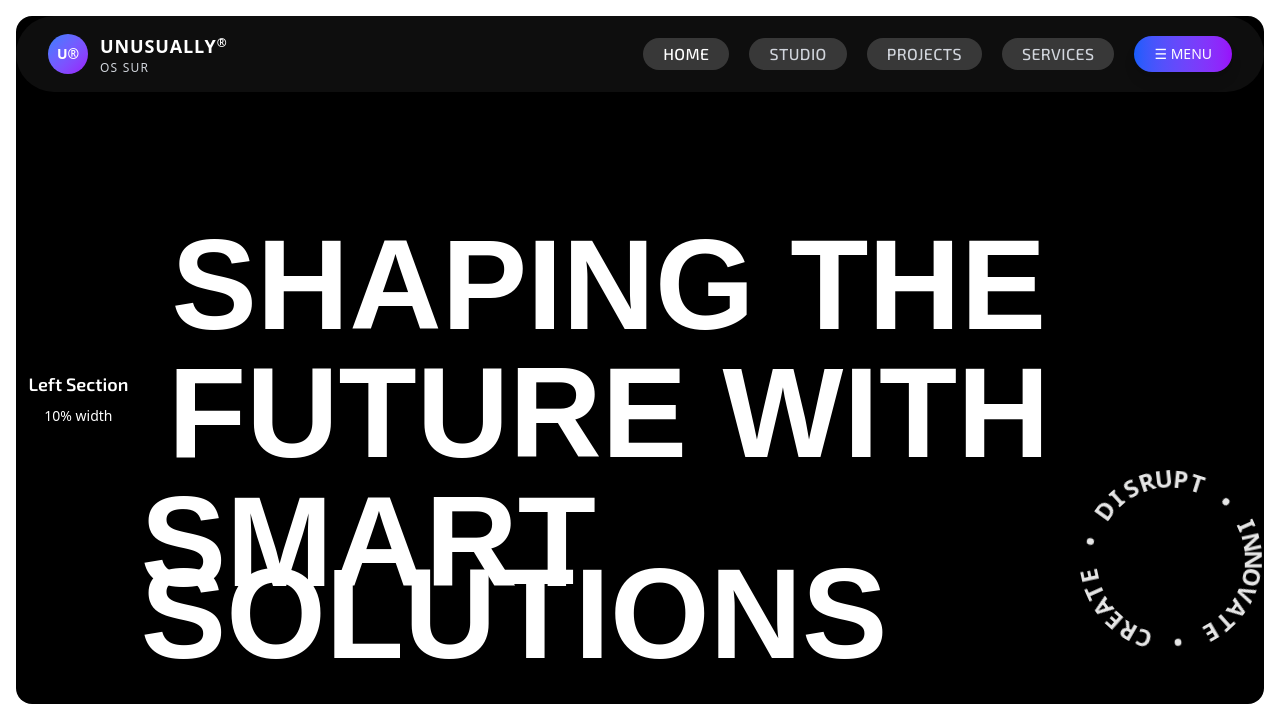
Repository: A-y-u-s-h-29/Digital-Express-India-With-Carrer-Page-And-RazorPay
Page: / (app in op/)
The author's editor kept a copy of each file at every save. The page is drawn from the files as they stood at one save, then again after the next save.
The browser window is 1280 px wide. The pictures show the whole page.
Some web fonts or font styles are not loaded; a fallback is used. The project was rebuilt for these pictures with package versions that can differ from the ones it lists, and the page was loaded fresh each time. Also part of the build but not shown: op/vite.config.js.

Above is the page before, as saved 2025-12-04 15:18:36.

### op/index.html
<!doctype html>
<html lang="en">
  <head>
    <meta charset="UTF-8" />
    <link rel="icon" type="image/svg+xml" href="/vite.svg" />
    <meta name="viewport" content="width=device-width, initial-scale=1.0" />
    <link rel="preconnect" href="https://fonts.googleapis.com">
<link rel="preconnect" href="https://fonts.gstatic.com" crossorigin>
<link href="https://fonts.googleapis.com/css2?family=Alan+Sans:wght@300..900&family=Big+Shoulders:opsz,wght@10..72,100..900&family=Exo+2:ital,wght@0,100..900;1,100..900&family=Montserrat:ital,wght@0,100..900;1,100..900&family=Orbitron:wght@400..900&family=Poppins:ital,wght@0,100;0,200;0,300;0,400;0,500;0,600;0,700;0,800;0,900;1,100;1,200;1,300;1,400;1,500;1,600;1,700;1,800;1,900&family=Rajdhani:wght@300;400;500;600;700&display=swap" rel="stylesheet">
<link rel="preconnect" href="https://fonts.googleapis.com">
<link rel="preconnect" href="https://fonts.gstatic.com" crossorigin>
<link href="https://fonts.googleapis.com/css2?family=Alan+Sans:wght@300..900&family=Big+Shoulders:opsz,wght@10..72,100..900&family=Exo+2:ital,wght@0,100..900;1,100..900&family=Montserrat:ital,wght@0,100..900;1,100..900&family=Orbitron:wght@400..900&family=Poppins:ital,wght@0,100;0,200;0,300;0,400;0,500;0,600;0,700;0,800;0,900;1,100;1,200;1,300;1,400;1,500;1,600;1,700;1,800;1,900&family=Rajdhani:wght@300;400;500;600;700&display=swap" rel="stylesheet">
    <title>op</title>
  </head>
  <body>
    <div id="root"></div>
    <script type="module" src="/src/main.jsx"></script>
  </body>
</html>

### op/src/index.css
@import "tailwindcss";
*{
  box-sizing: border-box;
}
.big {
  font-family: "Big Shoulders", sans-serif;

  font-style: normal;
}
.exo {
  font-family: "Exo 2", sans-serif;

  font-style: normal;
}

### op/src/App.jsx
import React from 'react'
import Home from './components/Home'

function App() {
  return (
   <>
   <Home/>


   </>
  )
}

export default App

### op/src/components/Home.jsx
import React from "react";
import Navbar from "./Navbar";
import CircularText from "./CircularText";


function Home() {
  return (
    <div className="w-full max-h-screen lg:h-[120vh] lg:py-4 lg:px-4">
      <div className="rounded-b-4xl lg:rounded-2xl w-full h-full flex flex-col relative overflow-hidden bg-black">
        {/* Transparent Navbar */}
        <div className="relative z-20">
          <Navbar />
        </div>

        {/* Three Column Layout */}
        <div className="flex flex-1 relative z-10 text-white">
          {/* Left Column - 10% width */}
          <div className="w-[10%] flex items-center justify-center">
            <div className="text-white text-center">
              <p className="exo font-semibold text-lg">Left Section</p>
              <p className="text-sm mt-2">10% width</p>
            </div>
          </div>

          {/* Middle Column - 75% width */}
          <div className="w-[75%] flex flex-col justify-center items-center big">
            <div className="w-full h-full flex flex-col">
              {/* Top Row - 40% height */}
              <div className="h-[40%] flex items-end justify-center pb-4">
                <h1 className="text-5xl md:text-9xl leading-tight md:leading-[4.5rem] font-bold text-white drop-shadow-2xl">
                  SHAPING THE
                </h1>
              </div>

              {/* Middle Row - 30% height */}
              <div className="h-[25%] flex items-center justify-center">
                <h1 className="text-5xl md:text-9xl leading-tight lg:leading-[4.5rem] font-bold text-white drop-shadow-2xl">
                  FUTURE WITH
                </h1>
              </div>

              {/* Bottom Row - 30% height */}
              <div className="h-[35%] flex items-start justify-center pt-4">
                <h1 className="text-5xl md:text-9xl leading-tight lg:leading-[4.5rem] font-bold text-white drop-shadow-2xl">
                  SMART SOLUTIONS
                </h1>
              </div>
            </div>
          </div>

          {/* Right Column - 15% width */}
          <div className="w-[15%] flex flex-col items-center justify-center py-1 ">
            {/* Vertical Circular Text */}
            <div className="relative h-full flex items-end ">
              <CircularText
                text="INNOVATE • CREATE • DISRUPT • "
                spinDuration={30}
                onHover="speedUp"
                className="text-white/90 text-sm mt-30"
              />



              {/* Scroll indicator */}

            </div>


          </div>
        </div>
      </div>
    </div>
  );
}

export default Home;

### op/src/components/Navbar.jsx
import React, { useState, useRef, useEffect } from 'react';
import { gsap } from 'gsap';

function Navbar({ isHomePage = false }) {
  const [isMenuOpen, setIsMenuOpen] = useState(false);
  const menuOverlayRef = useRef(null);
  const mobileMenuRef = useRef(null);

  // Menu items data for the menu overlay
  const menuOverlayItems = [
    { title: 'HOME', number: '01' },
    { title: 'ABOUT', number: '02' },
    { title: 'PROJECTS', number: '03' },
    { title: 'SERVICES', number: '04' },

  ];

  // Menu items for navbar links
  const navMenuItems = [
    { title: 'HOME', color: 'from-blue-500 to-cyan-400' },
    { title: 'STUDIO', color: 'from-purple-500 to-pink-500' },
    { title: 'PROJECTS', color: 'from-green-500 to-emerald-400' },
    { title: 'SERVICES', color: 'from-yellow-500 to-orange-500' },
    { title: 'ABOUT', color: 'from-red-500 to-rose-400' },
    { title: 'CONTACT', color: 'from-indigo-500 to-blue-400' },
  ];

  // Initialize menu as hidden
  useEffect(() => {
    if (menuOverlayRef.current) {
      menuOverlayRef.current.style.display = 'none';
    }
  }, []);

  const handleMenuClick = () => {
    const wasOpen = isMenuOpen;
    setIsMenuOpen(!wasOpen);

    if (!wasOpen) {
      // OPEN MENU ANIMATION - bottom-right से slide in
      if (menuOverlayRef.current) {
        menuOverlayRef.current.style.display = 'flex';

        // Get the menu container
        const menuContainer = menuOverlayRef.current.querySelector('.relative');

        if (menuContainer) {
          // Initial position - off screen bottom-right
          gsap.set(menuContainer, {
            x: '100%',
            y: '100%',
            opacity: 0,
            scale: 0.9,
            transformOrigin: 'bottom right'
          });

          // Animate to position
          gsap.to(menuContainer, {
            x: 0,
            y: 0,
            opacity: 1,
            scale: 1,
            duration: 0.8,
            ease: 'expo.out'
          });

          // Background fade in
          gsap.fromTo(menuOverlayRef.current,
            { opacity: 0 },
            { opacity: 1, duration: 0.4 }
          );

          // Menu items animation (from bottom)
          const menuItems = menuContainer.querySelectorAll('.menu-item');
          gsap.fromTo(menuItems,
            {
              opacity: 0,
              y: 40
            },
            {
              opacity: 1,
              y: 0,
              duration: 0.6,
              stagger: 0.1,
              delay: 0.3,
              ease: 'power3.out'
            }
          );

          // Close button animation
          const closeBtn = menuContainer.querySelector('.close-btn');
          if (closeBtn) {
            gsap.fromTo(closeBtn,
              { opacity: 0, rotation: -45 },
              { opacity: 1, rotation: 0, duration: 0.5, delay: 0.8 }
            );
          }
        }
      }

      // Mobile menu animation
      if (mobileMenuRef.current) {
        gsap.fromTo(
          mobileMenuRef.current,
          { height: 0, opacity: 0 },
          { height: 'auto', opacity: 1, duration: 0.4 }
        );
      }
    } else {
      // CLOSE MENU ANIMATION - bottom-right को slide out
      if (menuOverlayRef.current) {
        const menuContainer = menuOverlayRef.current.querySelector('.relative');

        if (menuContainer) {
          // Menu items exit
          const menuItems = menuContainer.querySelectorAll('.menu-item');
          gsap.to(menuItems,
            {
              opacity: 0,
              y: 20,
              duration: 0.3,
              stagger: 0.05,
              ease: 'power2.in'
            }
          );

          // Close button exit
          const closeBtn = menuContainer.querySelector('.close-btn');
          if (closeBtn) {
            gsap.to(closeBtn, {
              opacity: 0,
              rotation: 45,
              duration: 0.3
            });
          }

          // Menu container slide out to bottom-right
          gsap.to(menuContainer, {
            x: '100%',
            y: '100%',
            opacity: 0,
            scale: 0.9,
            duration: 0.6,
            ease: 'expo.in',
            onComplete: () => {
              if (menuOverlayRef.current) {
                menuOverlayRef.current.style.display = 'none';
              }
            }
          });

          // Background fade out
          gsap.to(menuOverlayRef.current, {
            opacity: 0,
            duration: 0.4
          });
        }
      }

      // Mobile menu exit animation
      if (mobileMenuRef.current) {
        gsap.to(mobileMenuRef.current, {
          height: 0,
          opacity: 0,
          duration: 0.3
        });
      }
    }
  };

  return (
    <>
      {/* Main Navbar */}
      <nav
        className={`w-full px-6 py-4 lg:px-8 lg:py-4 ${isHomePage ? 'bg-transparent' : 'bg-[#0E0E0E]'} rounded-full relative z-50`}
      >
        <div className="flex items-center justify-between">
          {/* Logo/Brand Section */}
          <div className="flex items-center">
            <div className="w-10 h-10 rounded-full bg-gradient-to-br from-blue-500 to-purple-600 flex items-center justify-center mr-3">
              <span className="text-white font-bold text-sm">U®</span>
            </div>
            <div className="flex flex-col">
              <span className="text-white font-bold text-lg tracking-wider">UNUSUALLY<sup className="text-xs">®</sup></span>
              <span className="text-gray-300 text-xs tracking-widest">OS SUR</span>
            </div>
          </div>

          <div className='flex items-center gap-5'>
            {/* Desktop Navigation Links */}
            <div className="hidden md:flex items-center space-x-5 exo text-md">
              {navMenuItems.slice(0, 4).map((item, index) => (
                <a
                  key={index}
                  href="#"
                  className={`text-gray-300 font-medium tracking-wide hover:text-white transition-colors duration-300 bg-[#383838] px-5 py-1 rounded-full ${item.title === 'HOME' ? 'text-white' : ''}`}
                >
                  {item.title}
                </a>
              ))}
            </div>

            {/* Menu Button */}
            <button
              onClick={handleMenuClick}
              className="px-5 py-2 bg-gradient-to-r from-blue-600 to-purple-600 text-white text-sm font-medium rounded-full hover:from-blue-700 hover:to-purple-700 transition-all duration-300 shadow-lg hover:shadow-xl relative z-50"
            >
              {isMenuOpen ? '✕ CLOSE' : '☰ MENU'}
            </button>

            {/* Mobile Menu Button (Hamburger) */}
            <button
              onClick={handleMenuClick}
              className="ml-4 md:hidden relative z-50"
            >
              <div className={`w-6 h-0.5 bg-white mb-1.5 transition-all duration-300 ${isMenuOpen ? 'rotate-45 translate-y-2' : ''}`}></div>
              <div className={`w-6 h-0.5 bg-white mb-1.5 transition-all duration-300 ${isMenuOpen ? 'opacity-0' : ''}`}></div>
              <div className={`w-6 h-0.5 bg-white transition-all duration-300 ${isMenuOpen ? '-rotate-45 -translate-y-2' : ''}`}></div>
            </button>
          </div>
        </div>

        {/* Mobile Menu Dropdown */}
        <div
          ref={mobileMenuRef}
          className="md:hidden mt-4 pt-4 border-t border-gray-800 overflow-hidden"
          style={{ height: '0px' }}
        >
          <div className="flex flex-col space-y-4">
            {navMenuItems.map((item, index) => (
              <a
                key={index}
                href="#"
                className={`text-gray-300 font-medium py-2 hover:text-white transition-colors ${item.title === 'HOME' ? 'text-white' : ''}`}
              >
                {item.title}
              </a>
            ))}
          </div>
        </div>
      </nav>

      {/* Fullscreen Menu Overlay */}
      <div
        ref={menuOverlayRef}
        className="fixed inset-0  z-40 hidden items-end justify-end px-4 rounded-2xl "
      >
        {/* Menu Container - Image के according simple design */}
        <div
          className="relative h-[70vh] w-[45vw] bg-white  rounded-4xl overflow-hidden shadow-2xl transform-gpu "
          style={{
            transformOrigin: 'bottom right'
          }}
        >
          {/* Simple Header with Brand */}
          <div className="absolute top-8 left-8">
            <div className="flex items-center space-x-3">

              <div>

              </div>
            </div>
          </div>



          {/* Main Content Area - Center aligned like image */}
          <div className="h-full flex flex-col justify-center items-center px-12 ">
            {/* Menu Items - Single Column, Large text like image */}
            <div className="w-full  space-y-2">
              {menuOverlayItems.map((item, index) => (
                <a
                  key={index}
                  href="#"
                  className="menu-item group relative block w-full"
                >
                  <div className="flex items-center justify-between">
                    {/* Title - Left side */}
                    <div className="relative overflow-hidden p-0.5">
                      <h3 className="text-black font-extrabold text-5xl lg:text-7xl  exo tracking-tight opacity-90 group-hover:opacity-100 transition-all duration-500">
                        {item.title}
                      </h3>
                      {/* Underline animation */}

                    </div>

                    {/* Number in parentheses - Right side */}
                    <div className="text-gray-500 text-3xl lg:text-4xl font-light group-hover:text-white transition-colors duration-500">
                      ({item.number})
                    </div>
                  </div>
                </a>
              ))}
            </div>


          </div>


        </div>
      </div>
    </>
  );
}

export default Navbar;

### op/src/components/CircularText.jsx
import React, { useEffect } from 'react';
import { motion, useAnimation, useMotionValue } from 'framer-motion';

const CircularText = ({
  text = 'Circular Text Animation • ',
  spinDuration = 20,
  onHover = 'speedUp',
  className = '',
}) => {
  const letters = Array.from(text);
  const controls = useAnimation();
  const rotation = useMotionValue(0);

  const getRotationTransition = (duration, from, loop = true) => ({
    from,
    to: from + 360,
    ease: 'linear',
    duration,
    type: 'tween',
    repeat: loop ? Infinity : 0,
  });

  const getTransition = (duration, from) => ({
    rotate: getRotationTransition(duration, from),
    scale: {
      type: 'spring',
      damping: 20,
      stiffness: 300,
    },
  });

  useEffect(() => {
    const start = rotation.get();
    controls.start({
      rotate: start + 360,
      scale: 1,
      transition: getTransition(spinDuration, start),
    });
  }, [spinDuration, text, onHover, controls, rotation]);

  const handleHoverStart = () => {
    const start = rotation.get();

    if (!onHover) return;

    let transitionConfig;
    let scaleVal = 1;

    switch (onHover) {
      case 'slowDown':
        transitionConfig = getTransition(spinDuration * 2, start);
        break;
      case 'speedUp':
        transitionConfig = getTransition(spinDuration / 4, start);
        break;
      case 'pause':
        transitionConfig = {
          rotate: { type: 'spring', damping: 20, stiffness: 300 },
          scale: { type: 'spring', damping: 20, stiffness: 300 },
        };
        break;
      case 'goBonkers':
        transitionConfig = getTransition(spinDuration / 20, start);
        scaleVal = 0.8;
        break;
      default:
        transitionConfig = getTransition(spinDuration, start);
    }

    controls.start({
      rotate: start + 360,
      scale: scaleVal,
      transition: transitionConfig,
    });
  };

  const handleHoverEnd = () => {
    const start = rotation.get();
    controls.start({
      rotate: start + 360,
      scale: 1,
      transition: getTransition(spinDuration, start),
    });
  };

  return (
    <div className="flex min-h-[400px] items-center justify-center rounded-lg">
      <motion.div
        className={`relative m-0 mx-auto h-[200px] w-[200px] origin-center cursor-pointer rounded-full text-center font-black text-white ${className}`}
        style={{ rotate: rotation }}
        initial={{ rotate: 0 }}
        animate={controls}
        onMouseEnter={handleHoverStart}
        onMouseLeave={handleHoverEnd}
      >
        {letters.map((letter, i) => {
          const rotationDeg = (360 / letters.length) * i;
          const factor = Math.PI / letters.length;
          const x = factor * i;
          const y = factor * i;
          const transform = `rotateZ(${rotationDeg}deg) translate3d(${x}px, ${y}px, 0)`;

          return (
            <span
              key={i}
              className="absolute inset-0 inline-block text-2xl transition-all duration-500 ease-out"
              style={{
                transform: transform,
                WebkitTransform: transform
              }}
            >
              {letter}
            </span>
          );
        })}
      </motion.div>
    </div>
  );
};

export default CircularText;

Loaded but not shown: op/src/main.jsx (common file)

After the next save:
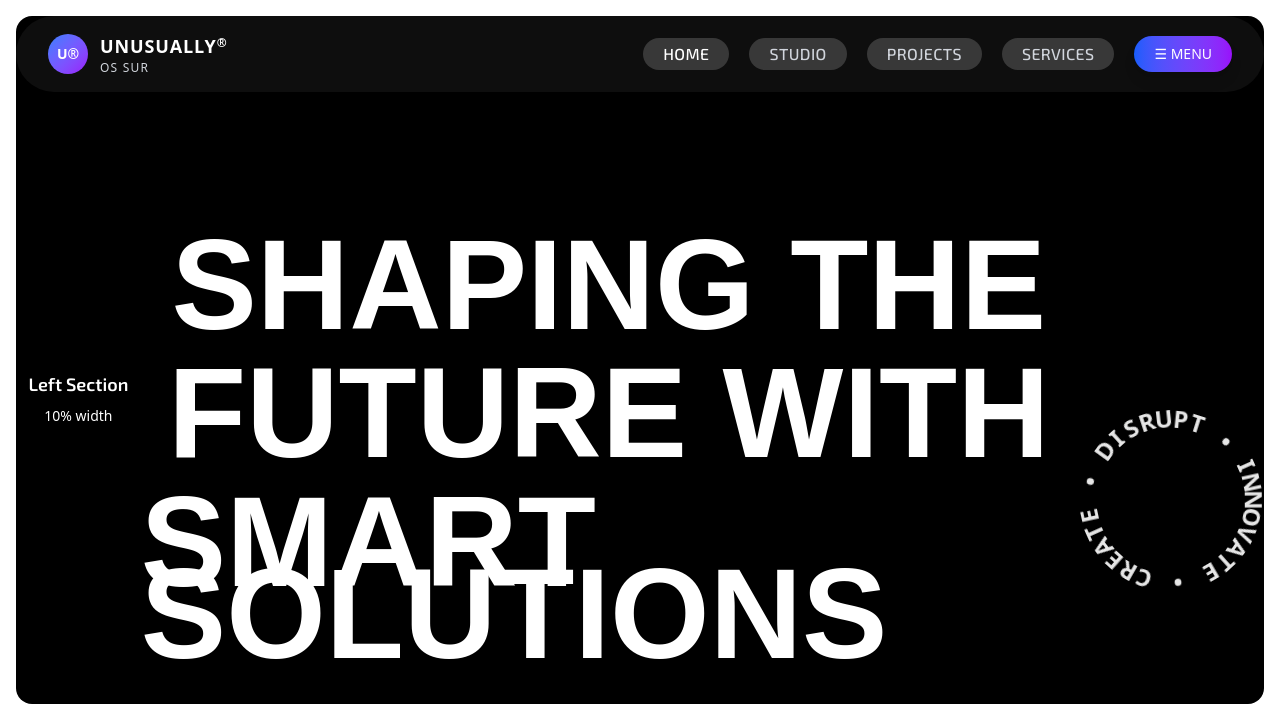
Saved 5 s later.
--- a/op/src/components/Home.jsx
+++ b/op/src/components/Home.jsx
@@ -56,7 +56,7 @@ function Home() {
                 text="INNOVATE • CREATE • DISRUPT • "
                 spinDuration={30}
                 onHover="speedUp"
-                className="text-white/90 text-sm mt-30"
+                className="text-white/90 text-sm "
               />
 
 
